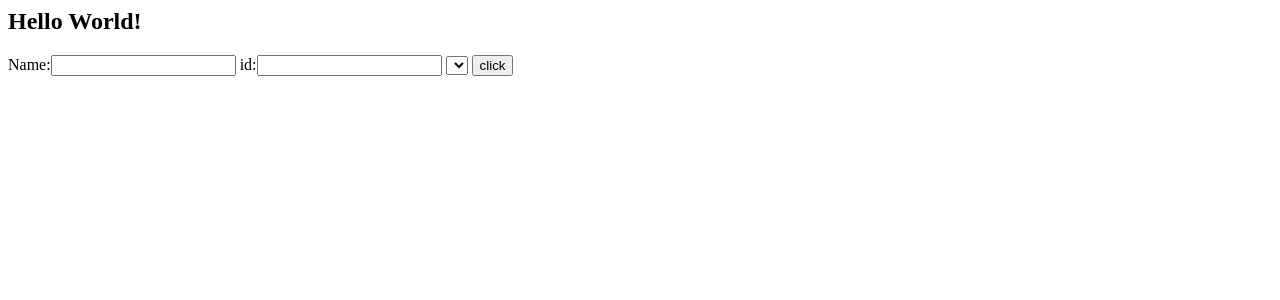
Repository: RameshMamidipelly/springMvc
Page: http://localhost/Demo/
These files come from the project's save history. The page is drawn as it stood at one moment and after the next save; the edit follows.
The browser window is 1280 px wide. The pictures show the whole page.
The page is served by Tomcat 9.

Above is the page before, as saved 2020-03-04 09:46:48.

After the next save:
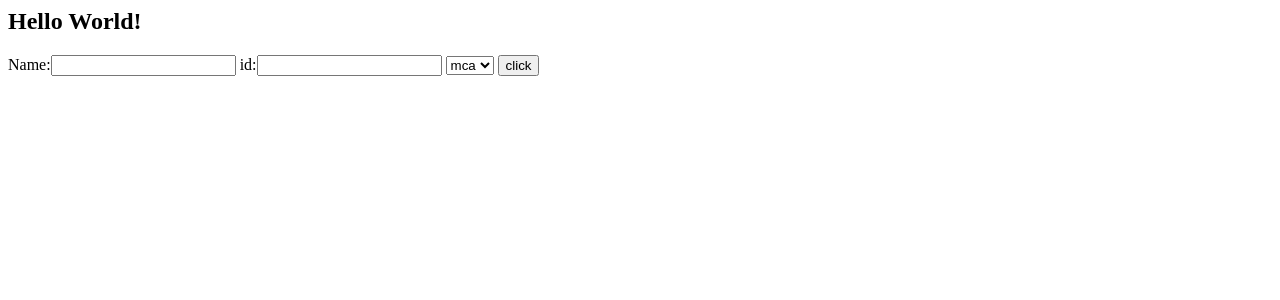
Saved 66 s later.
--- a/Demo/src/main/webapp/index.jsp
+++ b/Demo/src/main/webapp/index.jsp
@@ -5,7 +5,9 @@
 Name:<input type="text" name="name" required="required" />
 id:<input type="number" name="id" required="required"/>
 <select>
-<option ></option>
+<option value="mca">mca</option>
+<option value="mba">mba</option>
+<option value="msc">msc</option>
 </select>
 <input type="submit" value="click"/>
 </form>
